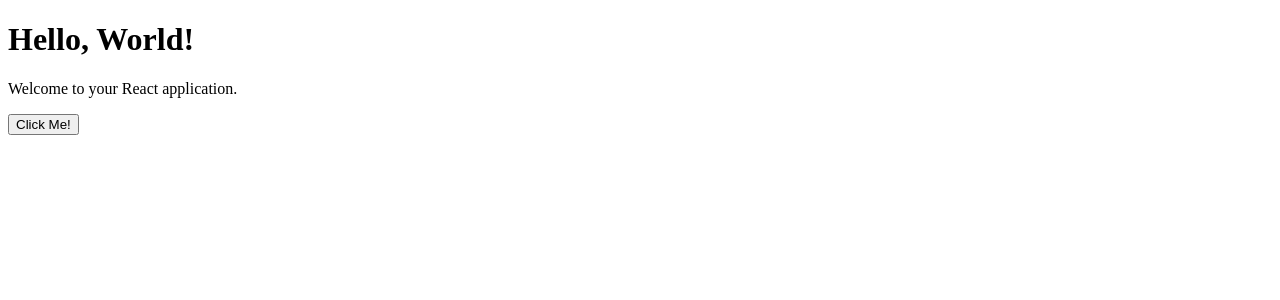
Repository: wendeshiro/D3-F-week1
Page: /
The author's editor kept a copy of each file at every save. The page is drawn from the files as they stood at one save, then again after the next save.
The browser window is 1280 px wide. The pictures show the whole page.
The project was rebuilt for these pictures with package versions that can differ from the ones it lists, and the page was loaded fresh each time. Also part of the build but not shown: vite.config.js, src/index.css.

Above is the page before, as saved 2025-09-08 15:47:24.

After the next save:
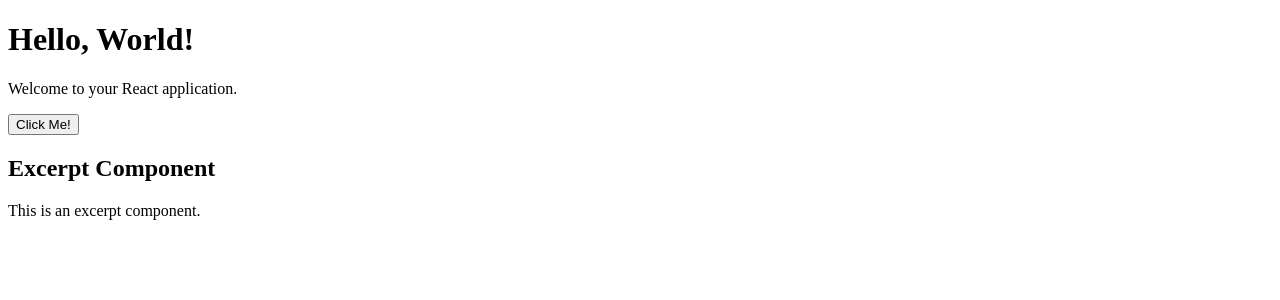
Saved 14 s later.
--- a/src/App.jsx
+++ b/src/App.jsx
@@ -4,7 +4,7 @@ function App() {
       <h1>Hello, World!</h1>
       <p>Welcome to your React application.</p>
       <button>Click Me!</button>
-
+      <Excerpt />
     </div>
   );
 }
